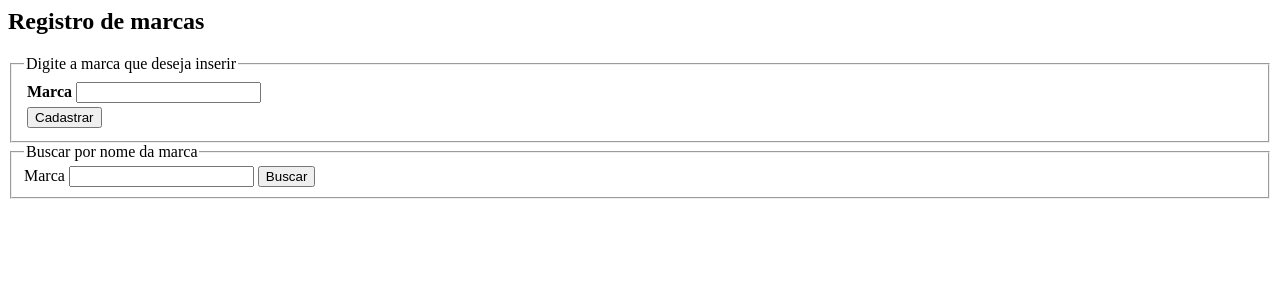
Repository: alysonrode/ProjetoTrilhaWeb
Page: ProjetoTrilhaWeb/WebContent/pages/admin/brands/index.html
An editor plug-in stored every save of this project. The page is shown before and after the next save, followed by the edit.
The browser window is 1280 px wide. The pictures show the whole page.

Above is the page before, as saved 2019-11-04 23:42:12.
Console error: ReferenceError: COLDIGO is not defined

### ProjetoTrilhaWeb/WebContent/pages/admin/brands/index.html
<script src="../../js/brands.js"></script>

<h2>Registro de marcas</h2>
<form name="frmInserirMarcas" id="inserirMarcas" class="frmInserir">
	<fieldset>
		<legend>Digite a marca que deseja inserir</legend>
		<table>
			<tr>
				<th>Marca</th>
				<td><input type="text" name="marca"></td>
			</tr>
			<tr>
				<td colspan='2'>
					<button type="button" onclick="COLDIGO.marca.inserir()">
						Cadastrar</button>
				</td>
			</tr>

		</table>
	</fieldset>
	<div>
		<fieldset>
			<legend> Buscar por nome da marca </legend>

			<label for="nome">Marca</label> <input type="text"
				id="campoBuscaMarca"> <button type="button" onclick="COLDIGO.marca.buscar()">Buscar</button>

		</fieldset>
	</div>
	<div id="listaMarcas" class="listaDeMarcas"></div>

</form>

### ProjetoTrilhaWeb/WebContent/js/brands.js
COLDIGO.marca = new Object();

$(document).ready(function(){

	COLDIGO.marca.inserir = function(){

		var marca = document.frmInserirMarcas.marca.value
		console.log(marca)

		$.ajax({
			type: "POST",
			url: COLDIGO.PATH + "marca/inserir",
			data: JSON.stringify(marca),
			success: function(msg){
				COLDIGO.exibirAviso(msg)
				//$("#").trigger("reset")
			},
			error: function(info){
				COLDIGO.exibirAviso("Erro ao cadastrar marca: " + info.status + " - " +info.statusText);
			}
		})

	}
	COLDIGO.marca.buscar = function(){
		var valorBusca = $("#campoBuscaMarca").val();
		$.ajax({
		type: "GET",
		url: COLDIGO.PATH+"marca/buscarPorNome",
		data: "valorBusca="+valorBusca,
		success: function(listaMarcas){
			$("#listaMarcas").html(COLDIGO.marca.exibir(listaMarcas))
		},
		error: function(){

		}
		})
	}

	COLDIGO.marca.exibir = function(listaMarcas){

		var tabela = "<table>" +
		"<tr>" +
		"<th> ID </th>" +
		"<th> Marca </th>" +
		"<th class='acoes'> Ações </th>" +
		"</tr>"

		if(listaMarcas != undefined && listaMarcas.length > 0){

			for(var i=0; i < listaMarcas.length; i++){
				tabela += "<tr>" +
						"<td>"+listaMarcas[i].id+"</td>"+
						"<td>"+listaMarcas[i].nome+"</td>"+
						"<td>" +
							"<a onclick=\"('"+listaMarcas[i].id+"')\"><img src='../../imgs/edit.png' alt='Editar registro'></a>" +
							"<a onclick=\"('"+listaMarcas[i].id+"')\"><img src='../../imgs/delete.png' alt='Deletar registro'></a>" +
						"</td>" +
						"</tr>"
			}


		}else if (listaMarcas == ""){
			tabela += "<tr><td colspan='3'>Nenhum registro encontrado</td></tr>"
		}
		tabela += "</table>"

			return tabela;
	}

	COLDIGO.marca.buscar()

})

After the next save:
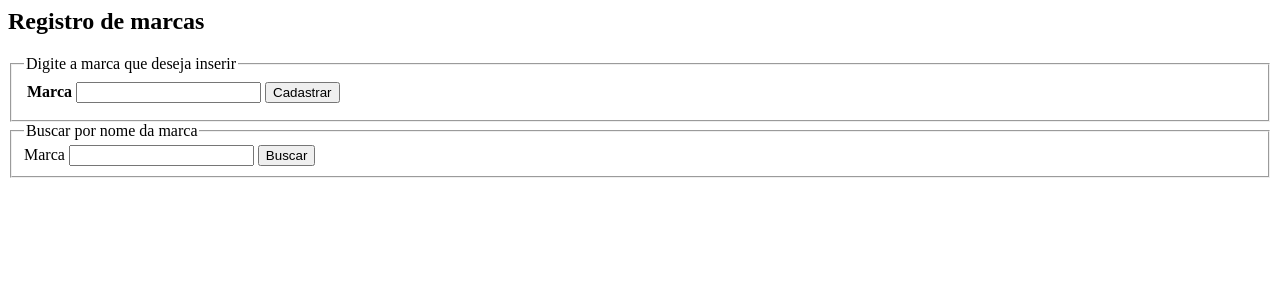
Saved 3 min 0 s later.
--- a/ProjetoTrilhaWeb/WebContent/pages/admin/brands/index.html
+++ b/ProjetoTrilhaWeb/WebContent/pages/admin/brands/index.html
@@ -7,12 +7,13 @@
 		<table>
 			<tr>
 				<th>Marca</th>
-				<td><input type="text" name="marca"></td>
+				<td><input type="text" name="marca">
+					<button type="button" onclick="COLDIGO.marca.inserir()">
+						Cadastrar</button></td>
 			</tr>
 			<tr>
 				<td colspan='2'>
-					<button type="button" onclick="COLDIGO.marca.inserir()">
-						Cadastrar</button>
+
 				</td>
 			</tr>
 
